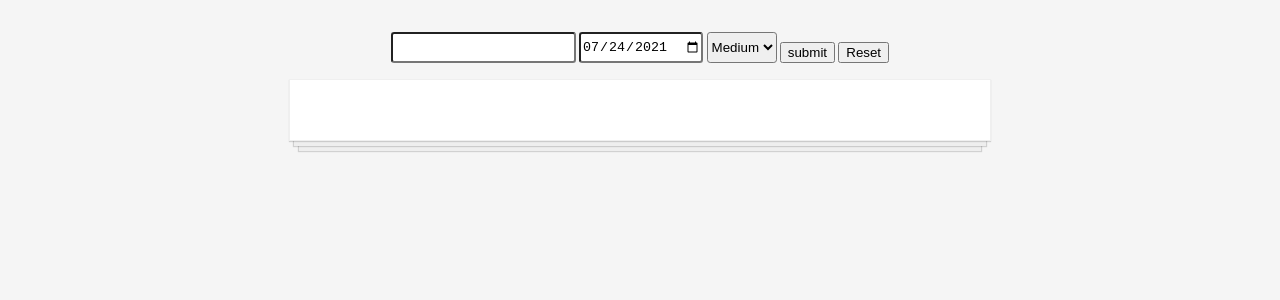
Repository: 0101chaitanya/react-todo
Page: /
These files come from the project's save history. The page is drawn as it stood at one moment and after the next save; the edit follows.
The browser window is 1280 px wide. The pictures show the whole page.
The project was rebuilt for these pictures with package versions that can differ from the ones it lists, and the page was loaded fresh each time. Also part of the build but not shown: src/components/TodoItem.js.

Above is the page before, as saved 2021-07-24 16:37:30.

### src/index.js
import React from "react";
import ReactDOM from "react-dom";
import "./index.css";
import App from "./App";
import reportWebVitals from "./reportWebVitals";
import css from "./App.css";

ReactDOM.render(
  <React.StrictMode>
    <App />
  </React.StrictMode>,
  document.getElementById("root")
);

// If you want to start measuring performance in your app, pass a function
// to log results (for example: reportWebVitals(console.log))
// or send to an analytics endpoint. Learn more: https://bit.ly/CRA-vitals
reportWebVitals();

### src/App.js
import React, { Component } from "react";
import TodoState from "./components/todoState";
import InputForm from "./components/InputForm";
import uniqid from "uniqid";
import { format } from "date-fns";
import css from "./App.css";
class App extends Component {
  constructor() {
    super();
    this.handleSubmit = this.handleSubmit.bind(this);
    this.state = {
      tasksArray: JSON.parse(localStorage.getItem("tasksArray")) ?? [],
    };
  }
  handleSubmit(e, input, context) {
    input.id = uniqid();

    e.preventDefault();
    this.setState(
      (prevState) => ({
        tasksArray: prevState.tasksArray.concat(input),
      }),
      () => {
        localStorage.setItem(
          "tasksArray",
          JSON.stringify(this.state.tasksArray)
        );
      }
    );

    console.log(this.state.tasksArray);
    //e.target.reset();
    e.target.submit();
  }

  render() {
    //localStorage.removeItem("tasksArray");
    //localStorage.clear();
    localStorage.setItem("tasksArray", JSON.stringify(this.state.tasksArray));
    console.log(this.state.tasksArray);

    //console.log(JSON.parse(localStorage.getItem("tasksArray")));
    return (
      <div>
        <InputForm
          className="input-form"
          //item={this.cache}
          //handleNoSubmission={this.handleNoSubmission}
          handleSubmit={this.handleSubmit}
        />
        <TodoState tasksArray={this.state.tasksArray} />
      </div>
    );
  }
}

export default App;

### src/App.css
body {
  background-color: whitesmoke;
}

.todo-list {
  background-color: white;
  margin: auto;
  width: 50%;
  display: flex;
  flex-direction: column;
  align-items: center;
  border: 1px solid #efefef;
  box-shadow:
    /* The top layer shadow */ 0 1px 1px rgba(0, 0, 0, 0.15),
    /* The second layer */ 0 10px 0 -5px #eee,
    /* The second layer shadow */ 0 10px 1px -4px rgba(0, 0, 0, 0.15),
    /* The third layer */ 0 20px 0 -10px #eee,
    /* The third layer shadow */ 0 20px 1px -9px rgba(0, 0, 0, 0.15);
  padding: 30px;
}

.todo-item {
  display: flex;
  justify-content: flex-start;
  align-items: center;
  padding: 30px 20px 0;
  width: 70%;
  border-bottom: 1px solid #cecece;
  font-family: Roboto, sans-serif;
  font-weight: 100;
  font-size: 15px;
  color: #333333;
}

input[type="checkbox"] {
  margin-right: 10px;
  font-size: 30px;
}

input[type="checkbox"]:focus {
  outline: 0;
}

.input-form {
  font-size: 1.6rem;
  display: grid;
  justify-content: center;
  position: relative;
  top: 2rem;
  margin-bottom: 3rem;
  grid-auto-flow: column;
  grid-gap: 0.2rem;
}
.input-form > * {
  border-radius: 0.2rem;
}
button {
  padding: 1rem;
}

### src/components/todoState.js
import React from "react";
import TodoItem from "./TodoItem";
import css from "../App.css";
class TodoState extends React.Component {
  constructor(props) {
    super(props);
    this.state = {
      todos: this.props.tasksArray || [],
    };
    this.handleChange = this.handleChange.bind(this);
    //this.handleSubmit = this.handleSubmit.bind(this);
    this.deleteTask = this.deleteTask.bind(this);
    this.callSubmit = this.callSubmit.bind(this);
  }
  callSubmit(e, id, sentState) {
    this.setState(
      (prevState) => {
        const newTd = prevState.todos.map((todo) => {
          if (todo.id === id) {
            todo = sentState;
            return todo;
          } else {
            return todo;
          }
        });
        console.log(newTd);

        return {
          todos: newTd,
        };
      },
      (e) =>
        localStorage.setItem("tasksArray", JSON.stringify(this.state.todos))
    );
  }

  deleteTask(e, id) {
    this.setState(
      (prevState) => {
        const newTd = prevState.todos.filter((todo) => {
          return todo.id === id ? false : todo;
        });
        console.log(newTd);

        return {
          todos: newTd,
        };
      },
      (e) =>
        localStorage.setItem("tasksArray", JSON.stringify(this.state.todos))
    );
  }
  handleChange(id) {
    this.setState(
      (prevState) => {
        const newTodos = prevState.todos.map((todo) => {
          if (todo.id === id) {
            return {
              ...todo,
              completed: !todo.completed,
            };
          }
          return todo;
        });
        return {
          todos: newTodos,
        };
      },
      (e) =>
        localStorage.setItem("tasksArray", JSON.stringify(this.state.todos))
    );
  }
  render() {
    const todoItems = this.state.todos.map((item) => (
      <TodoItem
        key={item.id}
        item={item}
        callSubmit={this.callSubmit}
        deleteTask={this.deleteTask}
        handleChange={this.handleChange}
      />
    ));

    return (
      <div>
        <div className="todo-list">{todoItems}</div>
      </div>
    );
  }
}

export default TodoState;

### src/components/InputForm.js
import React from "react";
import uniqid from "uniqid";
import parseISO from "date-fns/parseISO";
import differenceInDays from "date-fns/differenceInDays";
import { format } from "date-fns";

class InputForm extends React.Component {
  constructor(props) {
    super(props);
    this.state = this.props.item || {
      description: "",
      date: format(new Date(), "yyyy-MM-dd"),
      priority: "medium",
      completed: false,
    };
    this.handleChange = this.handleChange.bind(this);
  }

  handleChange(e) {
    const { name, value } = e.target;
    this.setState({
      ...this.state,

      [name]: value,
    });
  }

  render() {
    const bin = this.props.item;

    return (
      <form
        className="input-form"
        onSubmit={(e) => {
          this.props.handleSubmit(e, this.state, this);
          this.setState({
            description: "",
            date: format(new Date(), "yyyy-MM-dd"),
            priority: "medium",
            id: uniqid(),
            priorityTags: ["medium"],
            dateTags: [],
            completed: false,
          });
        }}
        onReset={(e) => {
          //e.preventDefault();
          this.setState({
            state: bin,
          });
        }}
      >
        <input
          onChange={this.handleChange}
          value={this.state.description}
          name="description"
          type="text"
          required
        />
        <input
          required
          onChange={this.handleChange}
          value={this.state.date}
          name="date"
          type="date"
        />
        <select
          onChange={this.handleChange}
          value={this.state.priority}
          name="priority"
          required
        >
          <option value="low">Low</option>
          <option value="medium">Medium</option>
          <option value="high">High</option>
        </select>

        <label>
          <input type="submit" value="submit" />
        </label>
        <label>
          <input type="reset" value="Reset" />
        </label>
      </form>
    );
  }
}
export default InputForm;

Loaded but not shown: public/index.html (common file); src/index.css (common file); src/reportWebVitals.js (common file)

After the next save:
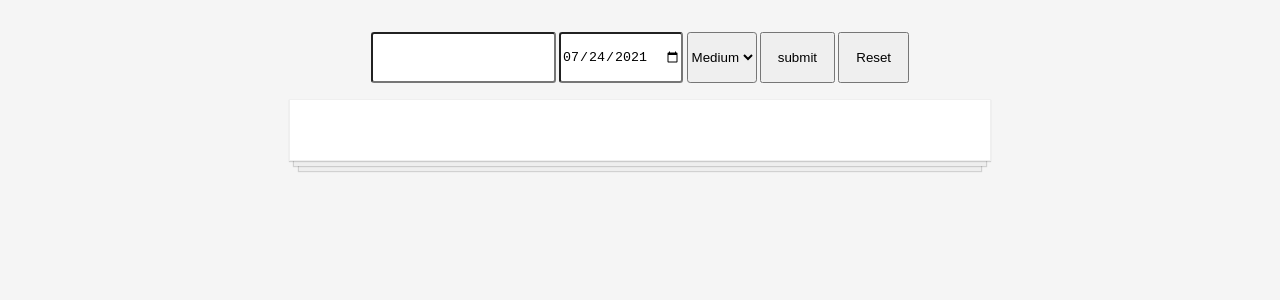
Saved 32 s later.
--- a/src/App.css
+++ b/src/App.css
@@ -54,6 +54,8 @@ input[type="checkbox"]:focus {
 .input-form > * {
   border-radius: 0.2rem;
 }
-button {
+button,
+input[type="submit"],
+input[type="reset"] {
   padding: 1rem;
 }
